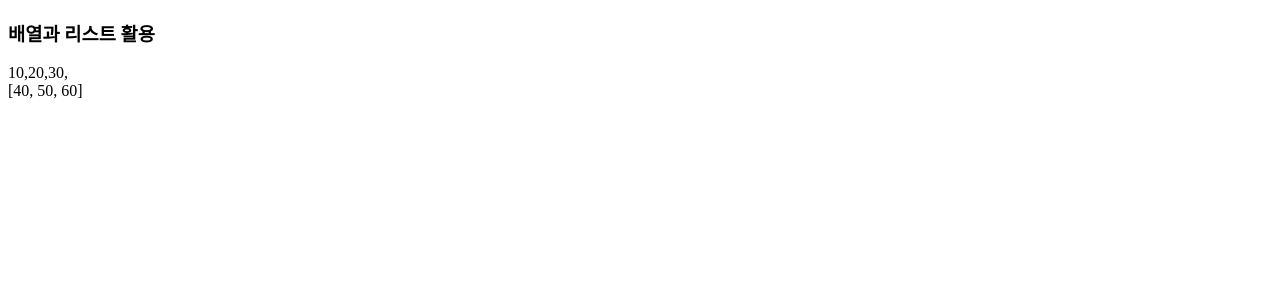
Repository: kukulza1/jspworks
Page: http://localhost/jwbook/ch01/scriptlet2.jsp
An editor plug-in stored every save of this project. The page is shown before and after the next save, followed by the edit.
The browser window is 1280 px wide. The pictures show the whole page.
The page is served by Tomcat 9. Other server files are loaded and not shown.

Above is the page before, as saved 2023-11-20 02:43:24.

### jwbook/src/main/webapp/ch01/scriptlet2.jsp
<%@page import="java.util.ArrayList"%>
<%@page import="java.util.Arrays"%>
<%@ page language="java" contentType="text/html; charset=UTF-8"
    pageEncoding="UTF-8"%>
<!DOCTYPE html>
<html>
<head>
<meta charset="UTF-8">
<title>배열과리스트 활용</title>
</head>
<body>
   <h3>배열과 리스트 활용</h3>
   <%
    //배열
    int[] arr = new int[]{10,20,30};
    for(int i=0; i<arr.length;i++){
    	out.print(arr[i]+",");
    }
    out.print("<br>");
    //arrays 클래스
    int arr2[] = new int[]{40,50,60};
    out.print(Arrays.toString(arr2));

    //어레이리스트클래스
    ArrayList<String> cart = new ArrayList<>();
    cart.add("우유");
    cart.add("콩나물");
    cart.add("딸기잼");
   %>
</body>
</html>

After the next save:
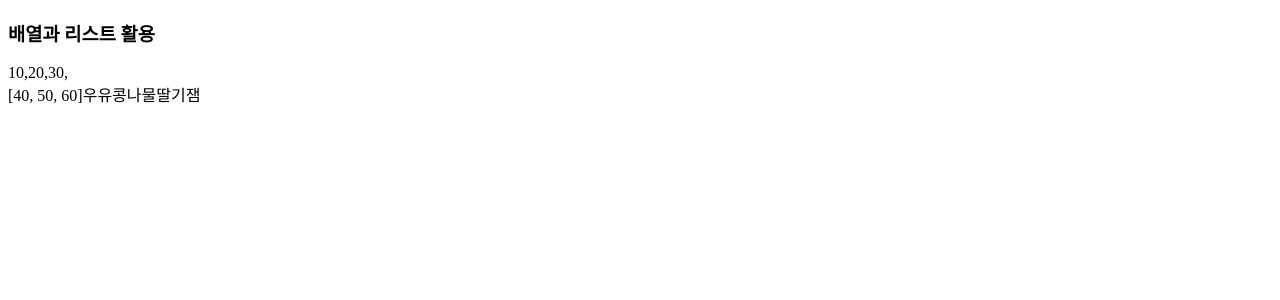
Saved 46 s later.
--- a/jwbook/src/main/webapp/ch01/scriptlet2.jsp
+++ b/jwbook/src/main/webapp/ch01/scriptlet2.jsp
@@ -26,6 +26,10 @@
     cart.add("우유");
     cart.add("콩나물");
     cart.add("딸기잼");
+
+    for(String a: cart){
+    	out.print(a);
+    }
    %>
 </body>
 </html>
